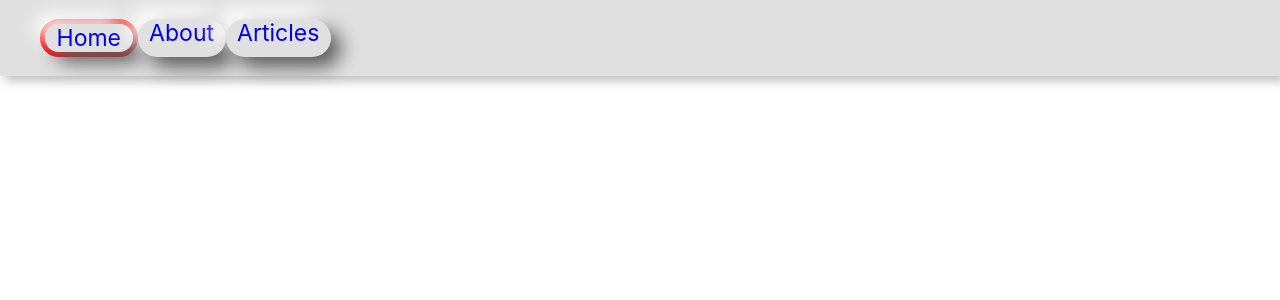
Repository: ShindanoSingi/react-software-architecture-course
Page: /
The author's editor kept a copy of each file at every save. The page is drawn from the files as they stood at one save, then again after the next save.
The browser window is 1280 px wide. The pictures show the whole page.
The project was rebuilt for these pictures with package versions that can differ from the ones it lists, and the page was loaded fresh each time. Also part of the build but not shown: src/pages/About.js, src/pages/Articles.js.

Above is the page before, as saved 2022-12-25 20:37:10.

### src/App.js
import './App.css';
import { Routes, Route, NavLink } from 'react-router-dom';
import Home from './pages/Home';
import About from './pages/About';
import Articles from './pages/Articles';


function App() {

  return (
    <>
      <nav className='nav-bar'>
      <ul className='list-container'>
        <NavLink to='/' className={({isActive}) => isActive ? "is-active" : null}>
          <li className='home'>Home</li>
        </NavLink>

        <NavLink to='/about' className={({isActive}) => isActive ? "is-active" : null}>
          <li className='about'>About</li>
        </NavLink>

        <NavLink to='/articles' className={({isActive}) => isActive ? "is-active" : null}>
          <li className='articles'>Articles</li>
        </NavLink>
      </ul>
    </nav>
      <Routes>
        <Route path='/' element={<Home />}/>
        <Route path='about' element={<About />}/>
        <Route path='articles' element={<Articles />}/>
      </Routes>
    </>
  );
}

export default App;

### src/App.css
h1 {
    text-align: center;
    margin: 0rem;
    padding: 0.5em;
}

.home,
.about,
.articles {
    border-radius: 205px;
    background: #e0e0e0;
    box-shadow: 10px 10px 19px #5a5a5a,
        -10px -10px 19px #ffffff;
        padding: 0 0.5em;
}



.is-active {
   border: 5px solid red;
   border-radius: 205px;
}

.list-container,
a {
    font-size: 1.2em;
    list-style: none;
    text-decoration: none;
    display: flex;
}

.nav-bar {
    position: fixed;
    width: 100%;
    top: 0;
    border-radius: 0px;
    background: #e0e0e0;
    box-shadow: 5px 5px 10px #bebebe,
        -5px -5px 10px #ffffff;
}

.container {
    max-width: 80em;
    background-color: beige;
    margin: 0 auto;
    height: 100vh;
}

Loaded but not shown: public/index.html (common file); src/index.js (common file); src/index.css (common file); src/reportWebVitals.js (common file); src/pages/Home.js (common file)

After the next save:
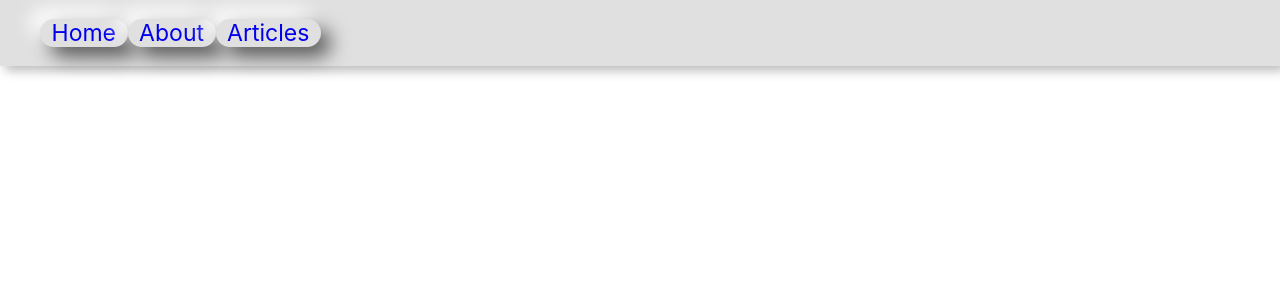
Saved 27 s later.
--- a/src/App.css
+++ b/src/App.css
@@ -14,10 +14,7 @@ h1 {
         padding: 0 0.5em;
 }
 
-
-
 .is-active {
-   border: 5px solid red;
    border-radius: 205px;
 }
 
